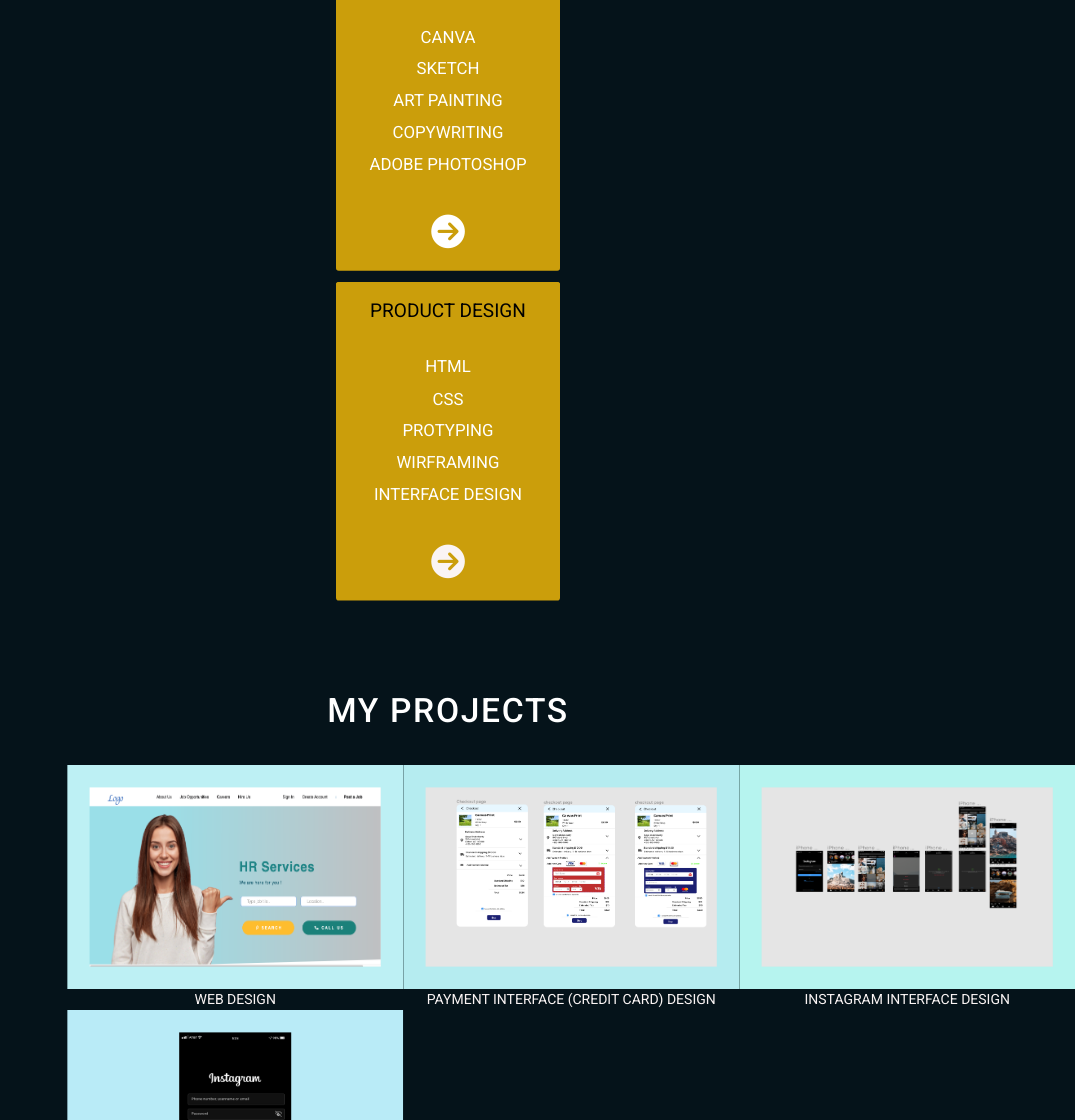
Repository: ajeyamajumder/Ajeya-Web-Portfolio-Design
Page: index.html
These files come from the project's save history. The page is drawn as it stood at one moment and after a run of saves; the edit follows.
The browser window is 1280 px wide. The page is 1536 px wide, so the pictures cover 1536 px, including what lies to the right of the window. The pictures show the part of the page from y = 2117 to 3717 px (the page is 5132 px tall), at 70% of full size.
Some web fonts or font styles are not loaded; a fallback is used. Some web libraries are served in a nearby version.

Above is the page before, as saved 2023-03-12 20:40:42.

After the next 2 saves:
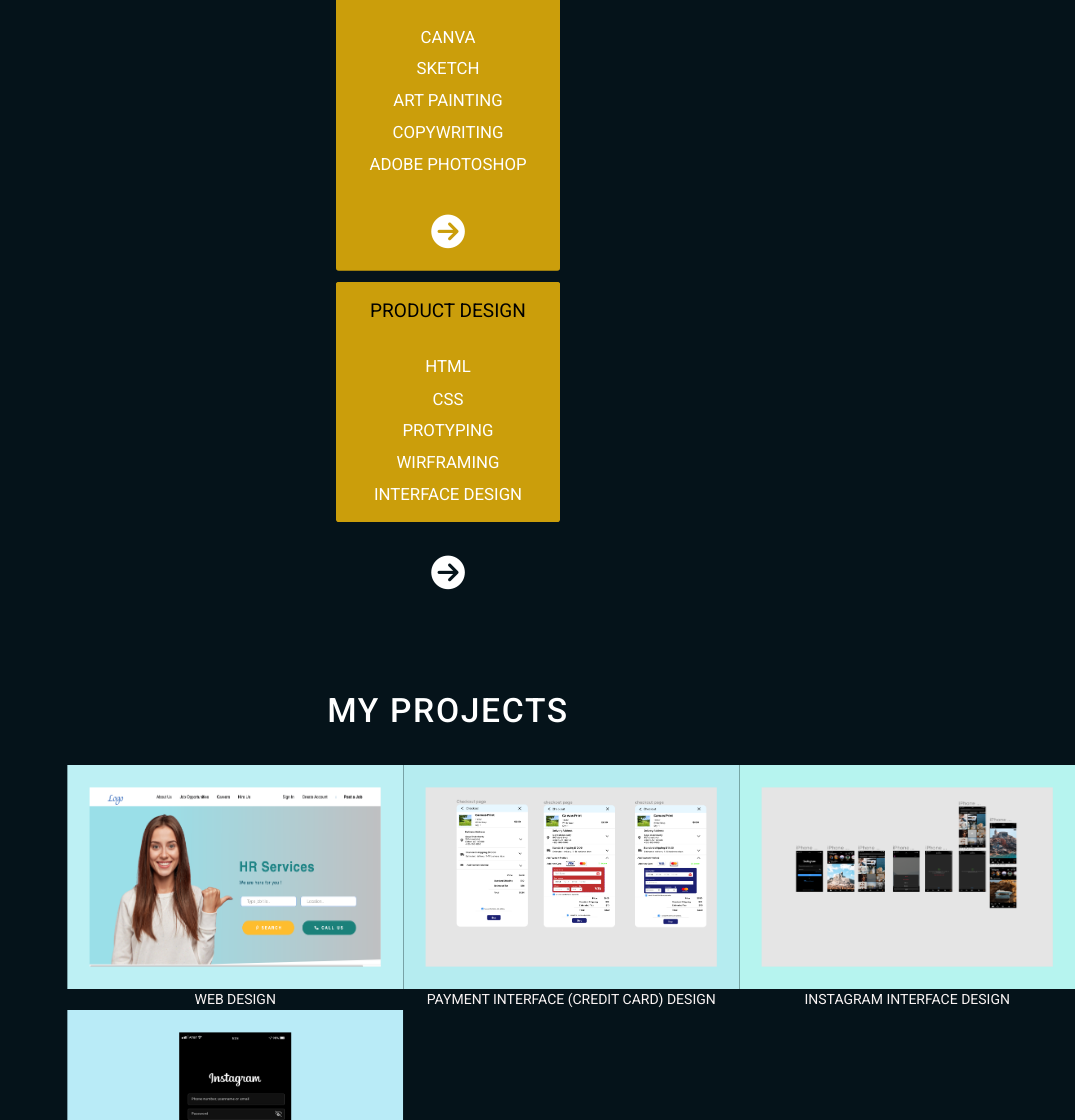
The 2 saves are shown as one change because they came seconds apart.
The last was saved 10 s later.
--- a/index.html
+++ b/index.html
@@ -138,7 +138,8 @@
           <li class="list">PROTYPING</li>
           <li class="list">WIRFRAMING</li>
           <li class="list">INTERFACE DESIGN</li>
-       </div> <i class="fa-sharp fa-solid  fa-circle-arrow-right"></i>
+       </div> </div><a href="https://www.canva.com/design/DAFEwa5dews/fJ1gJidYnW4Lt7wu0VFLMA/view?utm_content=DAFEwa5dews&utm_campaign=designshare&utm_medium=link2&utm_source=sharebutton" target="_blank">
+        <i class="fa-sharp fa-solid  fa-circle-arrow-right"></i></a></i>
      </div>
    </div>
 </div>

After the save that followed:
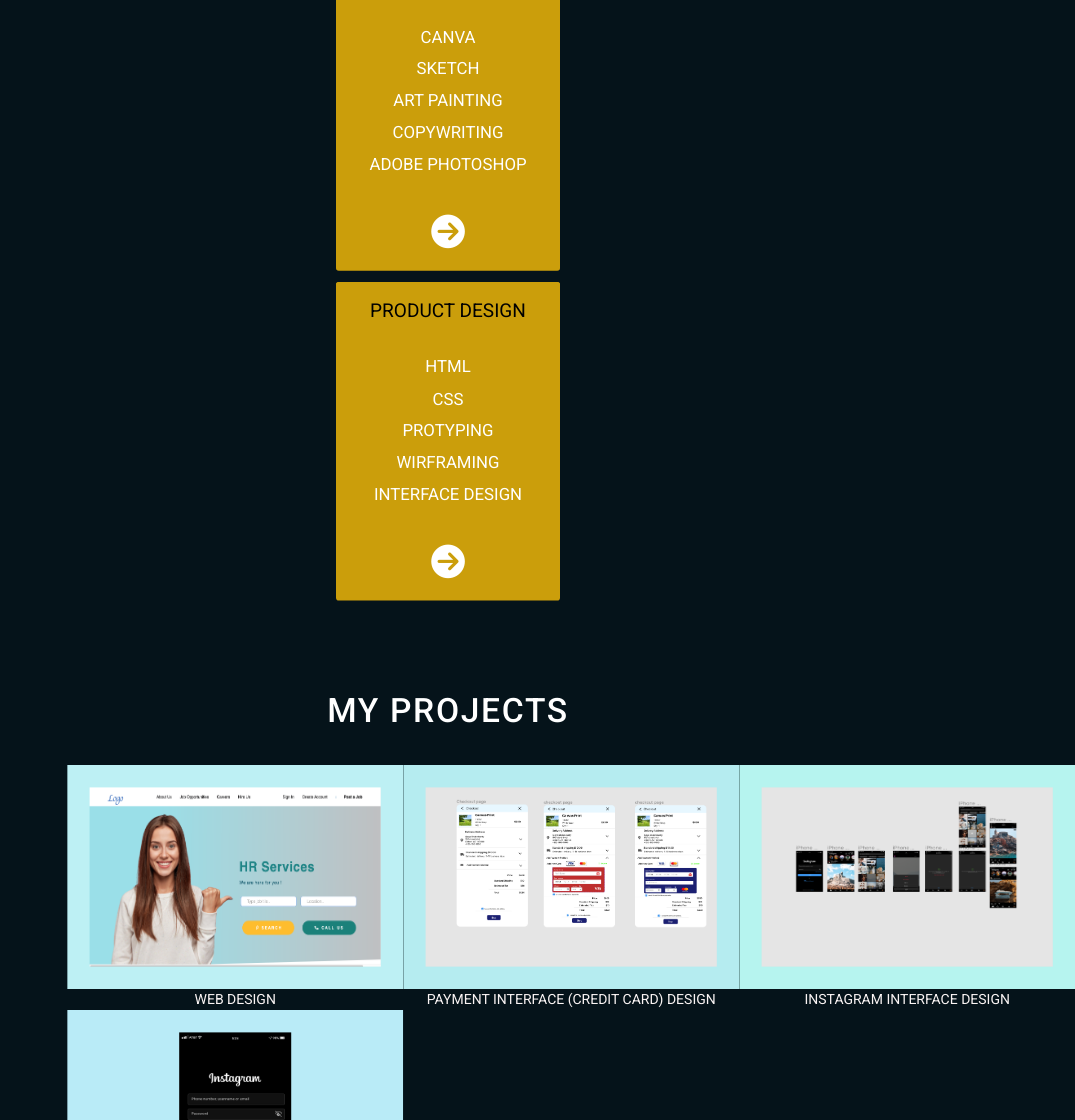
Saved 40 s later.
--- a/index.html
+++ b/index.html
@@ -138,7 +138,7 @@
           <li class="list">PROTYPING</li>
           <li class="list">WIRFRAMING</li>
           <li class="list">INTERFACE DESIGN</li>
-       </div> </div><a href="https://www.canva.com/design/DAFEwa5dews/fJ1gJidYnW4Lt7wu0VFLMA/view?utm_content=DAFEwa5dews&utm_campaign=designshare&utm_medium=link2&utm_source=sharebutton" target="_blank">
+       </div> <a href="https://www.canva.com/design/DAFEwa5dews/fJ1gJidYnW4Lt7wu0VFLMA/view?utm_content=DAFEwa5dews&utm_campaign=designshare&utm_medium=link2&utm_source=sharebutton" target="_blank">
         <i class="fa-sharp fa-solid  fa-circle-arrow-right"></i></a></i>
      </div>
    </div>
